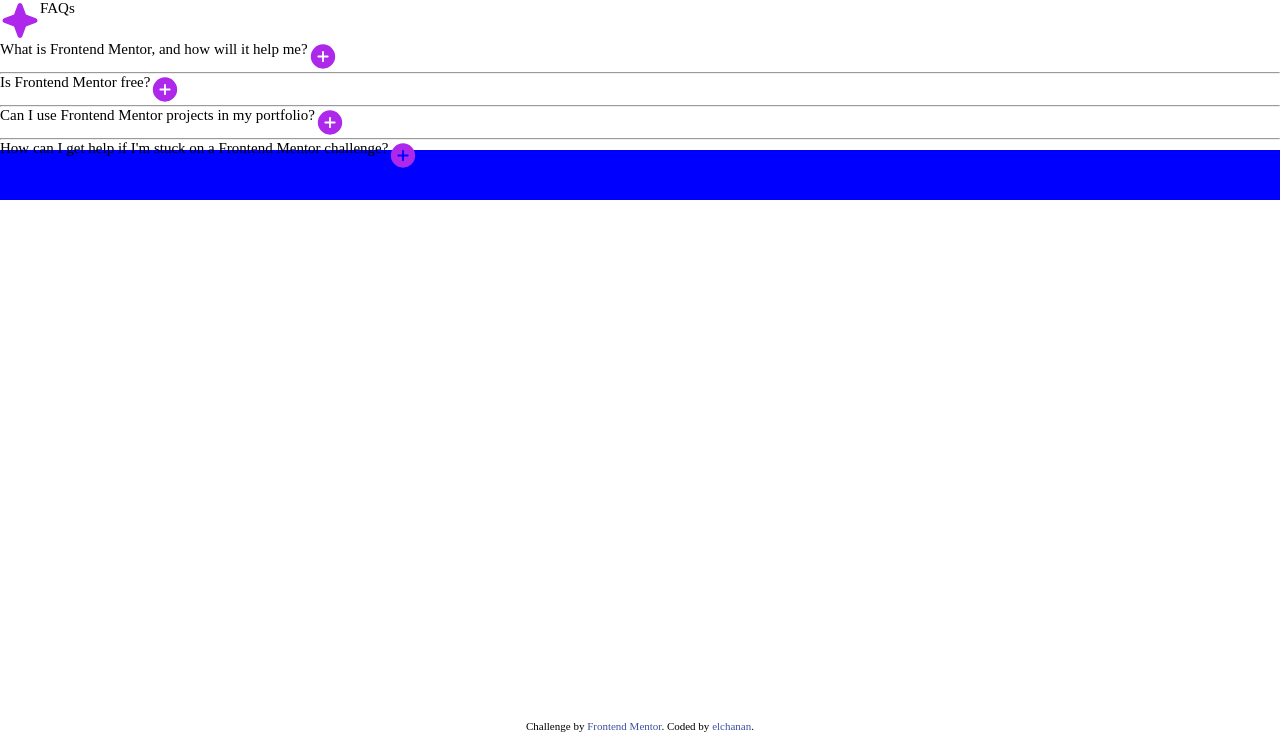
Repository: elchananChen/frontend-mentor-projects
Page: 2024/10/faQs/index.html
The author's editor kept a copy of each file at every save. The page is drawn from the files as they stood at one save, then again after the next save.
The browser window is 1280 px wide. The pictures show the whole page.

Above is the page before, as saved 2024-10-13 05:21:57.

After the next save:
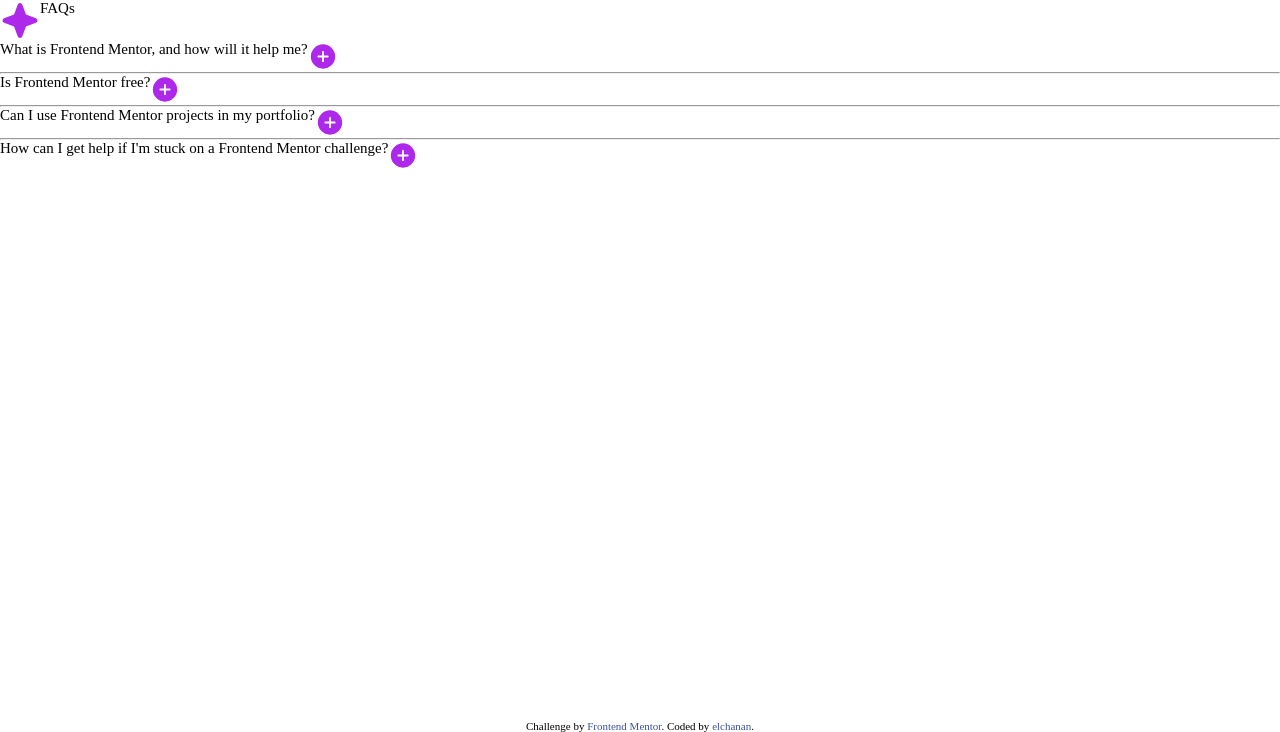
Saved 36 s later.
--- a/2024/10/faQs/style.css
+++ b/2024/10/faQs/style.css
@@ -13,7 +13,12 @@
   height: 200px;
   /* background: -moz-linear-gradient(left, blue 75%, white 25%); */
   /* background: -webkit-linear-gradient(left, blue 75%, white 25%); */
-  background: linear-gradient(to top, blue 25%, white 25%);
+  background: linear-gradient(
+    to top,
+    blue 25%,
+    white 25%,
+    var(--color-Dark-purple)
+  );
 }
 header {
 }

After the 3 saves that followed:
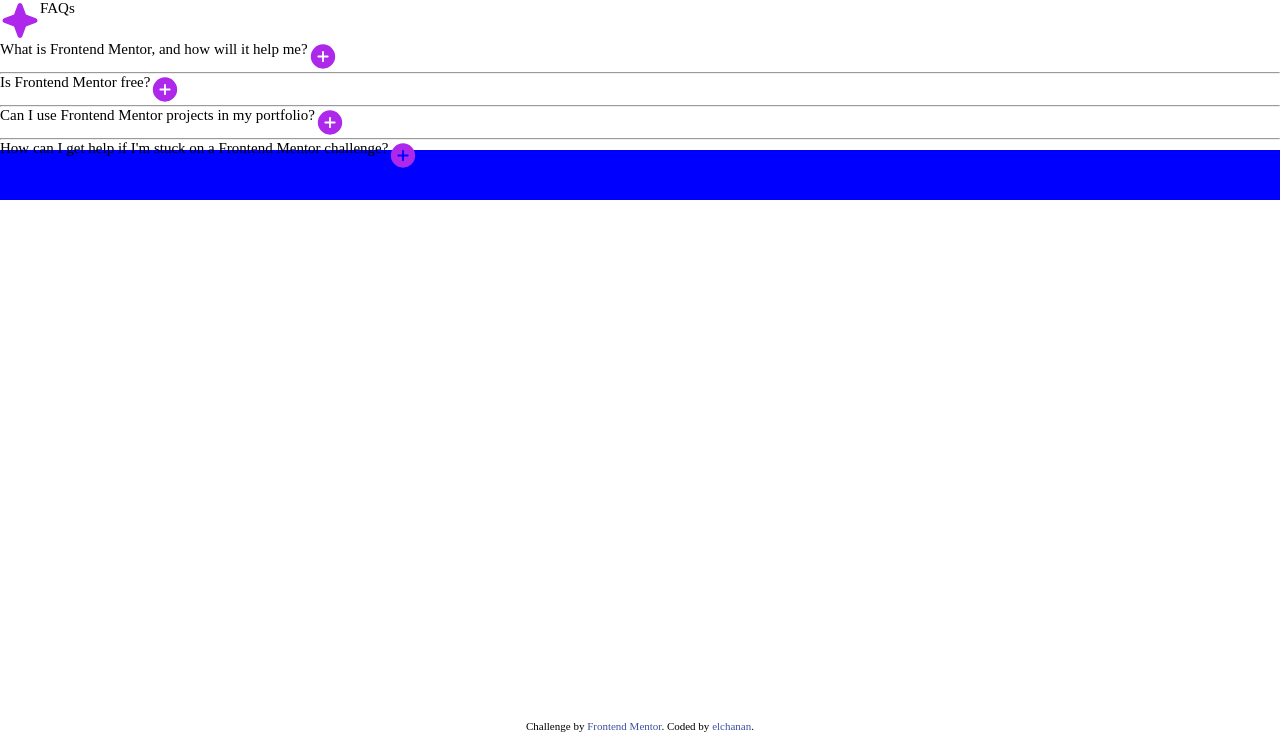
The 3 saves are shown as one change because 2 left the picture as it was.
The last was saved 47 s later.
--- a/2024/10/faQs/style.css
+++ b/2024/10/faQs/style.css
@@ -13,12 +13,7 @@
   height: 200px;
   /* background: -moz-linear-gradient(left, blue 75%, white 25%); */
   /* background: -webkit-linear-gradient(left, blue 75%, white 25%); */
-  background: linear-gradient(
-    to top,
-    blue 25%,
-    white 25%,
-    var(--color-Dark-purple)
-  );
+  background: linear-gradient(to top, blue 25%, white 25%);
 }
 header {
 }
